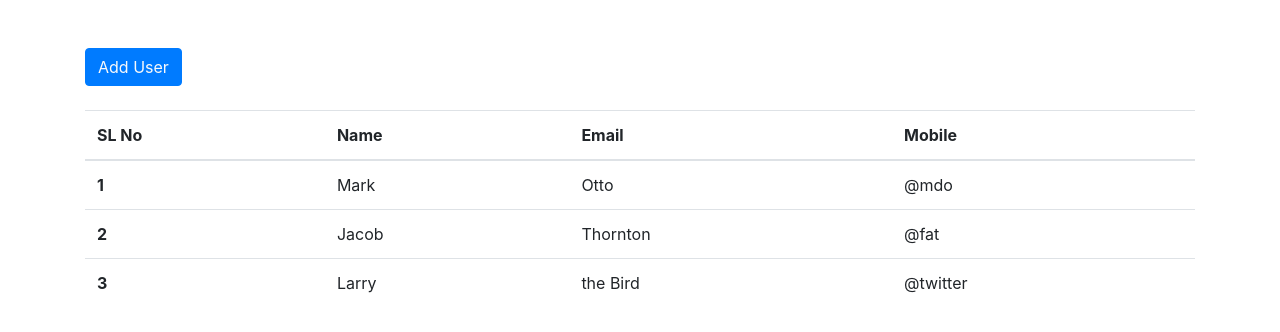
Repository: AMIT1439027/crud-app
Page: http://localhost/display.php
These files come from the project's save history. The page is drawn as it stood at one moment and after a run of saves; the edit follows.
The browser window is 1280 px wide. The pictures show the whole page.
The page is run by PHP 8.4 with error messages shown; the project is at /var/www/html/.

Above is the page before, as saved 2024-04-25 10:30:18.

### display.php
<!DOCTYPE html>
<html lang="en">
<head>
    <meta charset="UTF-8">
    <meta name="viewport" content="width=device-width, initial-scale=1.0">
    <title>crud operation</title>
    <link rel="stylesheet" href="https://cdn.jsdelivr.net/npm/bootstrap@4.0.0/dist/css/bootstrap.min.css">


</head>
<body>

<div class="container my-5">
    <button class="btn btn-primary"><a href="user.php"
    class="text-light">Add User </a></button>

    <br>
    <br>

    <table class="table">
  <thead>
    <tr>
      <th scope="col">SL No</th>
      <th scope="col">Name</th>
      <th scope="col">Email</th>
      <th scope="col">Mobile</th>
    </tr>
  </thead>
  <tbody>
    <tr>
      <th scope="row">1</th>
      <td>Mark</td>
      <td>Otto</td>
      <td>@mdo</td>
    </tr>
    <tr>
      <th scope="row">2</th>
      <td>Jacob</td>
      <td>Thornton</td>
      <td>@fat</td>
    </tr>
    <tr>
      <th scope="row">3</th>
      <td>Larry</td>
      <td>the Bird</td>
      <td>@twitter</td>
    </tr>
  </tbody>
</table>

</div>


</body>
</html>

After the next 2 saves:
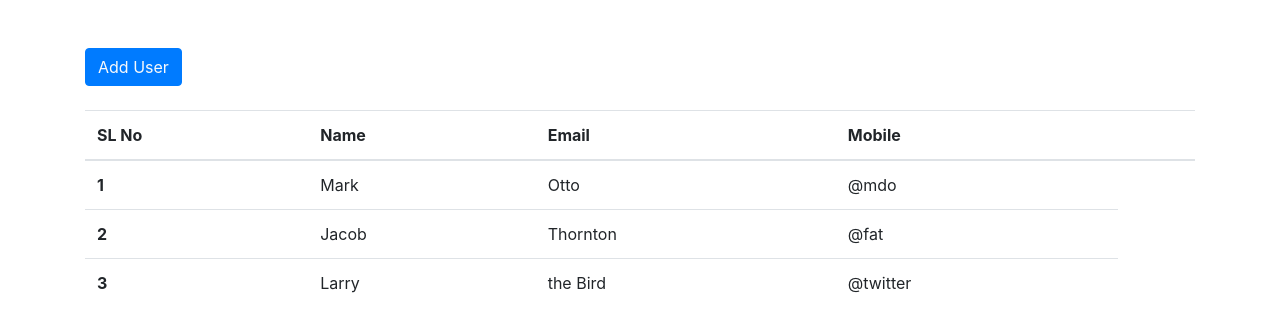
The 2 saves are shown as one change because they came seconds apart.
The last was saved 7 s later.
--- a/display.php
+++ b/display.php
@@ -24,6 +24,7 @@
       <th scope="col">Name</th>
       <th scope="col">Email</th>
       <th scope="col">Mobile</th>
+      <th>
     </tr>
   </thead>
   <tbody>
